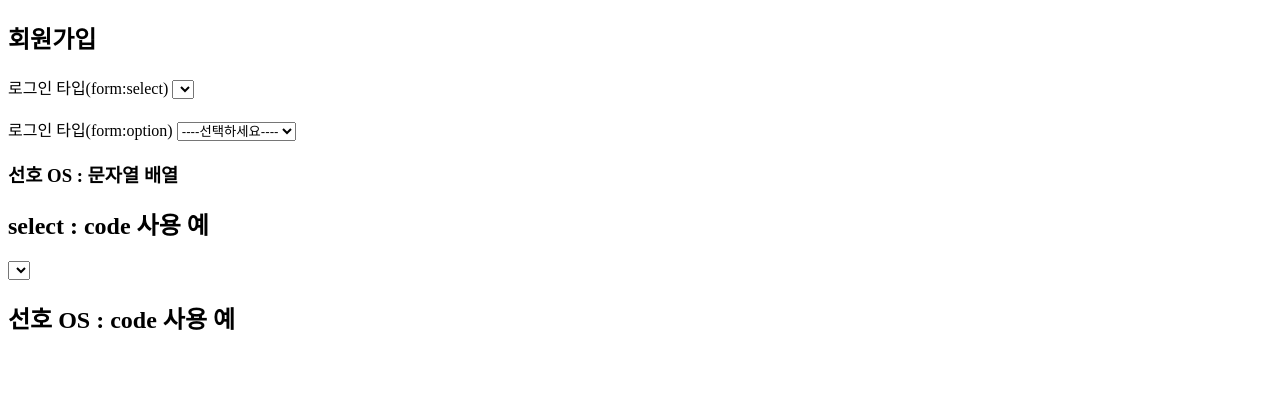
Repository: hanskim431/STS_Study
Page: http://localhost/sp5-chap11/WEB-INF/view/form/form2.jsp
An editor plug-in stored every save of this project. The page is shown before and after the next save, followed by the edit.
The browser window is 1280 px wide. The pictures show the whole page.
The page is served by Tomcat 9. Nobody is signed in. The template is opened directly, without the code that normally fills it, so the values that code supplies are empty.

Above is the page before, as saved 2023-06-09 03:06:36.

After the next save:
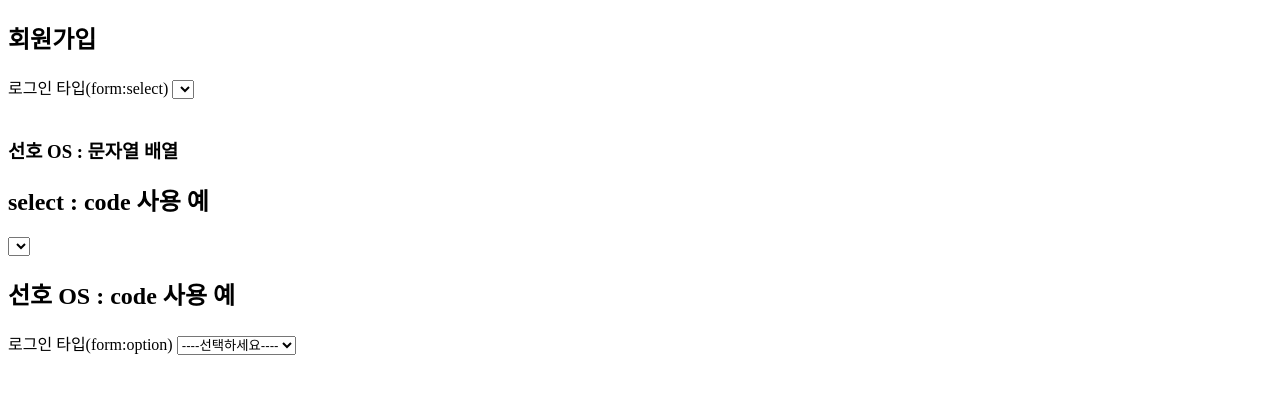
Saved 13 s later.
--- a/sp5-chap11/src/main/webapp/WEB-INF/view/form/form2.jsp
+++ b/sp5-chap11/src/main/webapp/WEB-INF/view/form/form2.jsp
@@ -20,15 +20,6 @@
 	<br>
 
 	<div>
-		<label for="loginType">로그인 타입(form:option)</label>
-		<form:select path="loginType">
-			<option value="">----선택하세요----</option>
-			<form:option value="특수회원"/>
-			<form:options items="${loginType}"/>
-		</form:select>
-	</div>
-
-	<div>
 	<h3>선호 OS : 문자열 배열</h3>
 	<form:checkboxes items="${favoriteOsNames}" path="favoriteOS" element="div"/>
 	</div>
@@ -47,6 +38,14 @@
 </form:form>
 
 <form:form modelAttribute="formCommand">
+	<div>
+		<label for="loginType">로그인 타입(form:option)</label>
+		<form:select path="loginType">
+			<option value="">----선택하세요----</option>
+			<form:option value="특수회원"/>
+			<form:options items="${loginType}"/>
+		</form:select>
+	</div>
 
 </form:form>
 </body>
